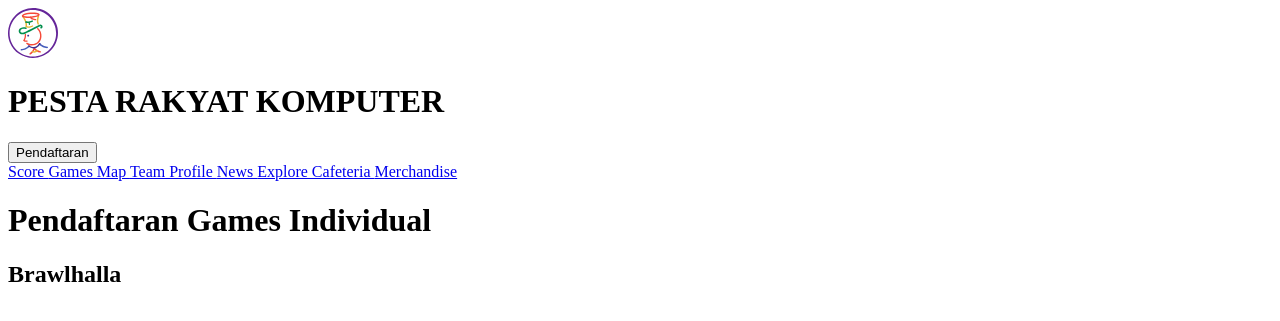
Repository: risalstrr/RegistPerak
Page: /
An editor plug-in stored every save of this project. The page is shown before and after the next save, followed by the edit.
The browser window is 1280 px wide. The pictures show the whole page.
The project was rebuilt for these pictures with package versions that can differ from the ones it lists, and the page was loaded fresh each time. The framework's server and built-in components were replaced by stand-ins that run in the browser. Also part of the build but not shown: next.config.js.

Above is the page before, as saved 2021-12-29 21:11:47.

After the next save:
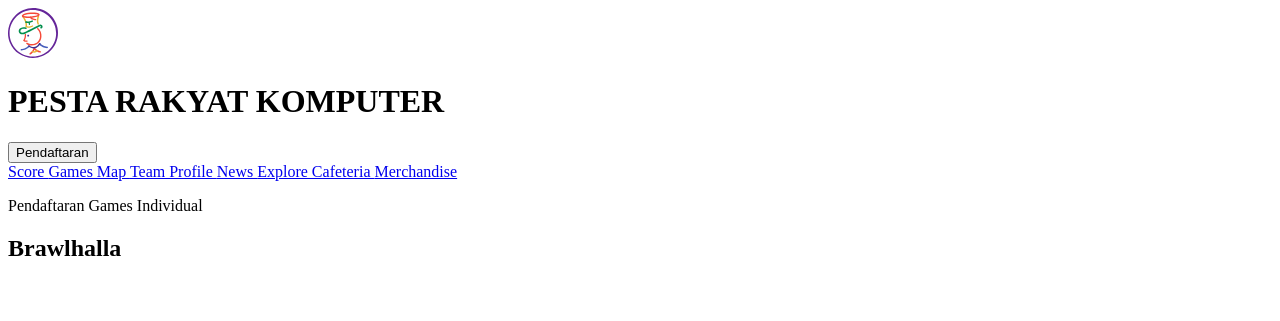
Saved 47 s later.
--- a/pages/index.js
+++ b/pages/index.js
@@ -60,9 +60,9 @@
         /div>   <
         div className = 'pl-10 pt-10 text-[#6A7CC8] text-[50px] font-[900] ' >
         <
-        h1 > Pendaftaran Games Individual < /h1> <
+        p > Pendaftaran Games Individual < /p> <
         /div> <
-        div className = 'pl-10 pt-10 text-[#6A7CC8] text-[50px] font-[900]' >
+        div className = 'pl-10 pt-10 text-white text-[50px] font-[900]' >
         <
         h2 > Brawlhalla < /h2> <
         /div>
